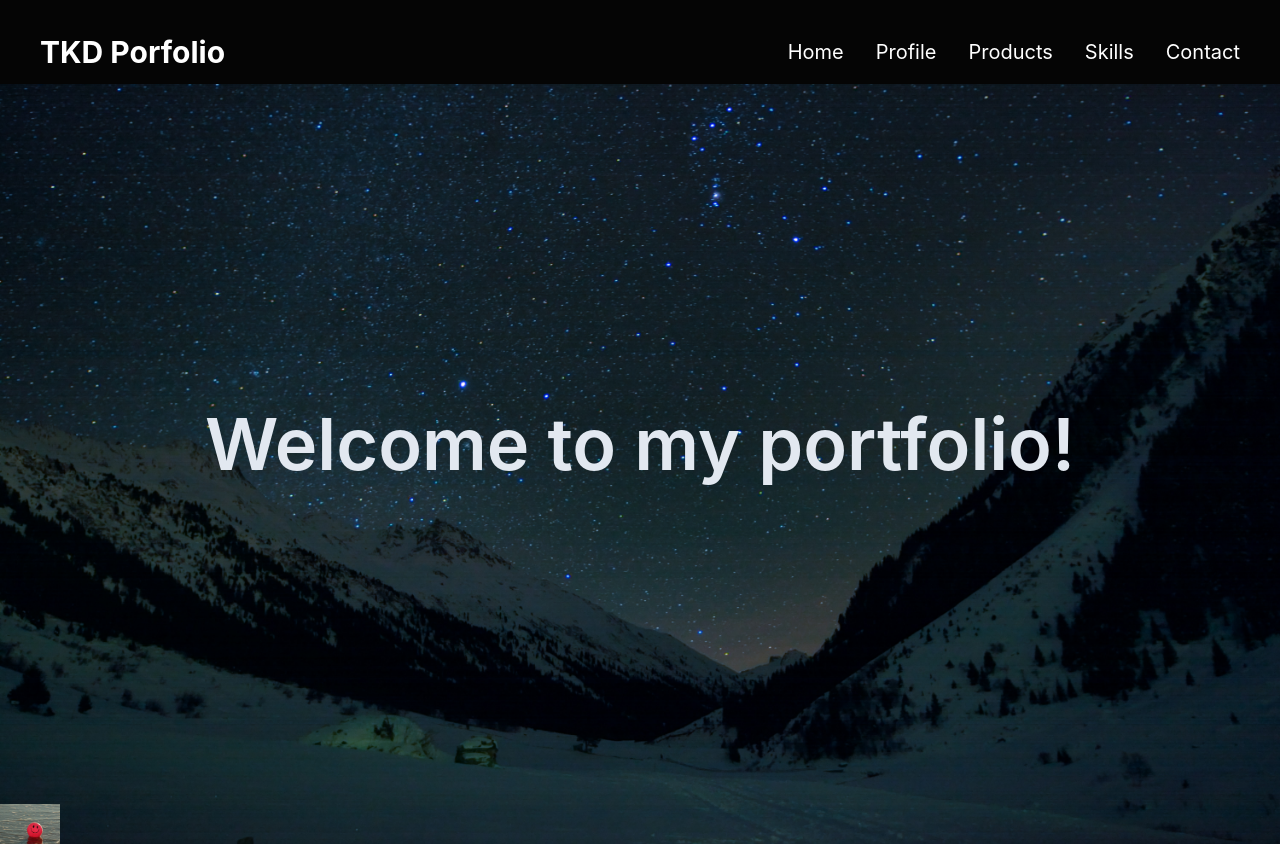
Repository: MitukiTakada/todo-aplication
Page: / (app in design/dev/react-tailwind/react-tailwind/)
These files come from the project's save history. The page is drawn as it stood at one moment and after the next save; the edit follows.
The browser window is 1280 px wide. The pictures show the whole page.
The project was rebuilt for these pictures with package versions that can differ from the ones it lists, and the page was loaded fresh each time. Also part of the build but not shown: design/dev/react-tailwind/react-tailwind/src/components/Contact.jsx, design/dev/react-tailwind/react-tailwind/src/components/Products.jsx, design/dev/react-tailwind/react-tailwind/src/components/Profile.jsx, design/dev/react-tailwind/react-tailwind/src/components/Skills.jsx.

Above is the page before, as saved 2022-11-19 14:46:58.

### design/dev/react-tailwind/react-tailwind/public/index.html
<!DOCTYPE html>
<html lang="en">
  <head>
    <meta charset="utf-8" />
    <link rel="icon" href="%PUBLIC_URL%/favicon.ico" />
    <meta name="viewport" content="width=device-width, initial-scale=1" />
    <meta name="theme-color" content="#000000" />
    <meta
      name="description"
      content="Web site created using create-react-app"
    />
    <link rel="apple-touch-icon" href="%PUBLIC_URL%/logo192.png" />
    <link rel ="stylesheet" href="https://cdnjs.cloudflare.com/ajax/libs/font-awesome/5.15.3/css/all.min.css">
    <!--
      manifest.json provides metadata used when your web app is installed on a
      user's mobile device or desktop. See https://developers.google.com/web/fundamentals/web-app-manifest/
    -->
    <link rel="manifest" href="%PUBLIC_URL%/manifest.json" />
    <!--
      Notice the use of %PUBLIC_URL% in the tags above.
      It will be replaced with the URL of the `public` folder during the build.
      Only files inside the `public` folder can be referenced from the HTML.

      Unlike "/favicon.ico" or "favicon.ico", "%PUBLIC_URL%/favicon.ico" will
      work correctly both with client-side routing and a non-root public URL.
      Learn how to configure a non-root public URL by running `npm run build`.
    -->
    <title>React App</title>
  </head>
  <body>
    <noscript>You need to enable JavaScript to run this app.</noscript>
    <div id="root"></div>
    <!--
      This HTML file is a template.
      If you open it directly in the browser, you will see an empty page.

      You can add webfonts, meta tags, or analytics to this file.
      The build step will place the bundled scripts into the <body> tag.

      To begin the development, run `npm start` or `yarn start`.
      To create a production bundle, use `npm run build` or `yarn build`.
    -->
  </body>
</html>

### design/dev/react-tailwind/react-tailwind/src/index.jsx
import React from 'react';
import ReactDOM from 'react-dom/client';
import './index.css';
import App from './App';
import reportWebVitals from './reportWebVitals';
import { BrowserRouter } from 'react-router-dom';
import { ChakraProvider } from '@chakra-ui/provider';

const root = ReactDOM.createRoot(document.getElementById('root'));
root.render(
  <React.StrictMode>
    <BrowserRouter>
        <ChakraProvider>
          <App />
        </ChakraProvider>
    </BrowserRouter>
  </React.StrictMode>
);

// If you want to start measuring performance in your app, pass a function
// to log results (for example: reportWebVitals(console.log))
// or send to an analytics endpoint. Learn more: https://bit.ly/CRA-vitals
reportWebVitals();

### design/dev/react-tailwind/react-tailwind/src/App.jsx
import { BrowserRouter, Routes, Route } from "react-router-dom";
import Contact from "./components/Contact";
import Header from "./components/Header";
import Home from "./components/Home";
import Products from "./components/Products";
import Profile from "./components/Profile";
import Skills from "./components/Skills";


function App() {
  return (
    <div className=" bg-body  text-white w-full sm:px-0 pt-5">
     <Header />
      <Routes>
        <Route path="/" element={<Home />}/>
        <Route path="/prfole" element={<Profile />}/>
        <Route path="products" element={<Products />}/>
        <Route path="/skills" element={<Skills />}/>
        <Route path="/contact" element={<Contact />}/>
      </Routes>
    </div>
  );
}

export default App;

### design/dev/react-tailwind/react-tailwind/src/components/Header.jsx
import React from 'react'
import { Link } from 'react-router-dom'
import "./output.css"
import Hamburger from './atoms/Hamburger'

const Header = () => {
  return (
    <header className="container flex justify-between  w-full items-center mr-0 relative h-16 px-10">
      <div>
        <h2 className="text-2xl font-bold md:text-3xl">TKD Porfolio</h2>
      </div>
      <nav className="flex space-x-8 text-xl ml-8 items-center hidden md:block">
        <Link to={"/"} className="link">Home</Link>
        <Link to={"/profile"} className="link">Profile</Link>
        <Link to={"/products"} className="link">Products</Link>
        <Link to={"/skills"} className="link">Skills</Link>
        <Link to={"/contact"} className="link">Contact</Link>
      </nav>
      <Hamburger className="md:hidden absolute right-3"/>
    </header>
  )
}

export default Header

### design/dev/react-tailwind/react-tailwind/src/components/Home.jsx
import React from 'react'
import mainImage from "../images/main-image.jpeg"
import "./Home.css";
import userImage from "../images/user.jpg"

const Home = () => {
  return (
    <div className="home ">
      <div className="items-center ">
        <h1 className=" font-semibold text-3xl 100v text-center text-slate-200 lg:text-7xl md:text-5xl">Welcome to my portfolio!</h1>
      </div>
      <div>
        <img src={userImage} alt="" className="h-10 w0"/>
        <p></p>
      </div>
    </div>
  )
}

export default Home

### design/dev/react-tailwind/react-tailwind/src/components/output.css
.link {
  @apply hover:text-purple-400 transition-all duration-300;
}
.drawer-link {
  @apply hover:text-purple-400 transition-all duration-300 text-xl block text-center my-3;
}
.contact-btn {
  @apply bg-purple-500 font-bold text-xl px-3 py-2 rounded border-none hover:bg-purple-800 duration-300 transition-all mt-10
}
.secondary-title {
  @apply text-3xl font-bold;
}
.secondary-title::before {
  content: "";
  @apply block w-12 h-2 bg-purple-400 rounded-full mb-1;
}

.section-paragraph {
  @apply text-secondary my-6 w-full max-w-3xl
}

.badge {
  @apply px-4 py-2 text-sm rounded bg-badge block
}

.send-btn {
  @apply bg-teal-400 font-bold text-xl px-3 py-2 rounded border-none hover:bg-teal-600 duration-300 transition-all mt-10
}

### design/dev/react-tailwind/react-tailwind/src/components/atoms/Hamburger.jsx
import React from 'react'
import {
  Drawer,
  DrawerBody,
  DrawerOverlay,
  DrawerContent,
  DrawerCloseButton,
  useDisclosure,
  Button
} from '@chakra-ui/react'
import { Link } from 'react-router-dom';
import { HamburgerIcon } from '@chakra-ui/icons';

const Hamburger = () => {
  const { isOpen, onOpen, onClose } = useDisclosure()
  return (
    <div className="md:hidden">
        <HamburgerIcon h={30} w={30} className="hover:text-purple-400 duration-300 transition-all cursor-pointer"
        onClick={onOpen}
        />
        <Drawer isOpen={isOpen} onClose={onClose} placement="left" size="xs">
          <DrawerOverlay>
            <DrawerContent>
              <DrawerBody className="w-2/5 bg-slate-200 h-full p-12">
                <div className="z-20 space-y-5 text-xl">
                  <Link to={"/"} className="link drawer-link">Home</Link>
                  <Link to={"/profile"} className="link drawer-link">Profile</Link>
                  <Link to={"/products"} className="link drawer-link">Products</Link>
                  <Link to={"/skills"} className="link drawer-link">Skills</Link>
                  <Link to={"/contact"} className="link drawer-link">Contact</Link>
                  <DrawerCloseButton className="text-white text-md  p-2 rounded mt-15 mx-auto bg-red-400 transition-all duration-300 hover:bg-red-700 ">閉じる</DrawerCloseButton>
                </div>
              </DrawerBody>
            </DrawerContent>
          </DrawerOverlay>
        </Drawer>
      </div>
  )
}

export default Hamburger

### design/dev/react-tailwind/react-tailwind/src/components/Home.css
.home {
  background-image: url(../images/mountain.jpeg);
  background-position: center;
  background-size: cover;
  height: 100%;
  width: 100%;
}

.home h1 {
  line-height: 100vh;
  align-items: center;
}

### design/dev/react-tailwind/react-tailwind/tailwind.config.js
/** @type {import('tailwindcss').Config} */
module.exports = {
  content: [
    "./src/**/*.{js,jsx,ts,tsx}",
  ],
  theme: {
    extend: {

      colors: {
        body: "#050505",
        secondary: "#9191A4",
        badge: "#3F3F51"
      },
      lineHeight: {
        "100v": "100vh"
      }
    },
  },
  plugins: [],
}

Loaded but not shown: design/dev/react-tailwind/react-tailwind/src/index.css (common file); design/dev/react-tailwind/react-tailwind/src/reportWebVitals.js (common file)

After the next save:
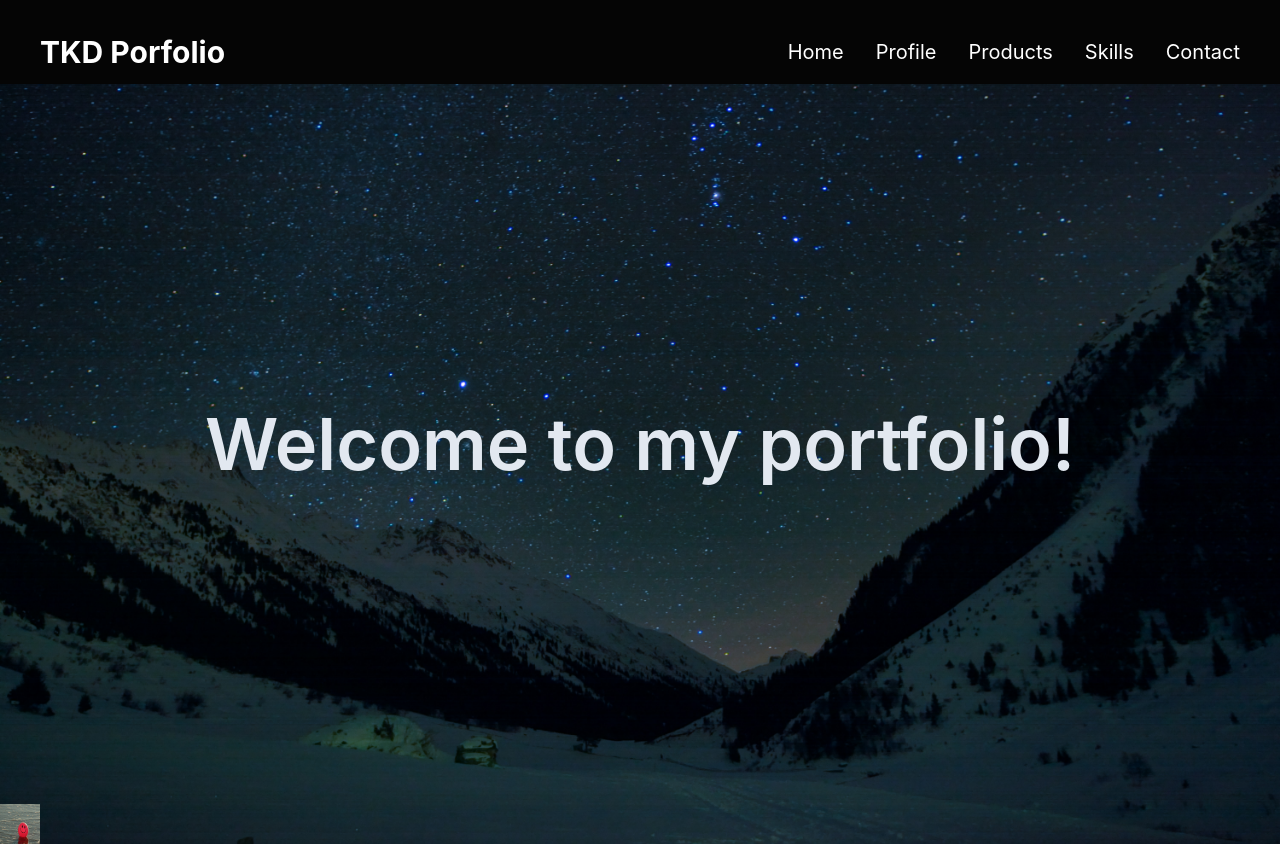
Saved 4 s later.
--- a/design/dev/react-tailwind/react-tailwind/src/components/Home.jsx
+++ b/design/dev/react-tailwind/react-tailwind/src/components/Home.jsx
@@ -10,7 +10,7 @@ const Home = () => {
         <h1 className=" font-semibold text-3xl 100v text-center text-slate-200 lg:text-7xl md:text-5xl">Welcome to my portfolio!</h1>
       </div>
       <div>
-        <img src={userImage} alt="" className="h-10 w0"/>
+        <img src={userImage} alt="" className="h-10 w-10 "/>
         <p></p>
       </div>
     </div>
